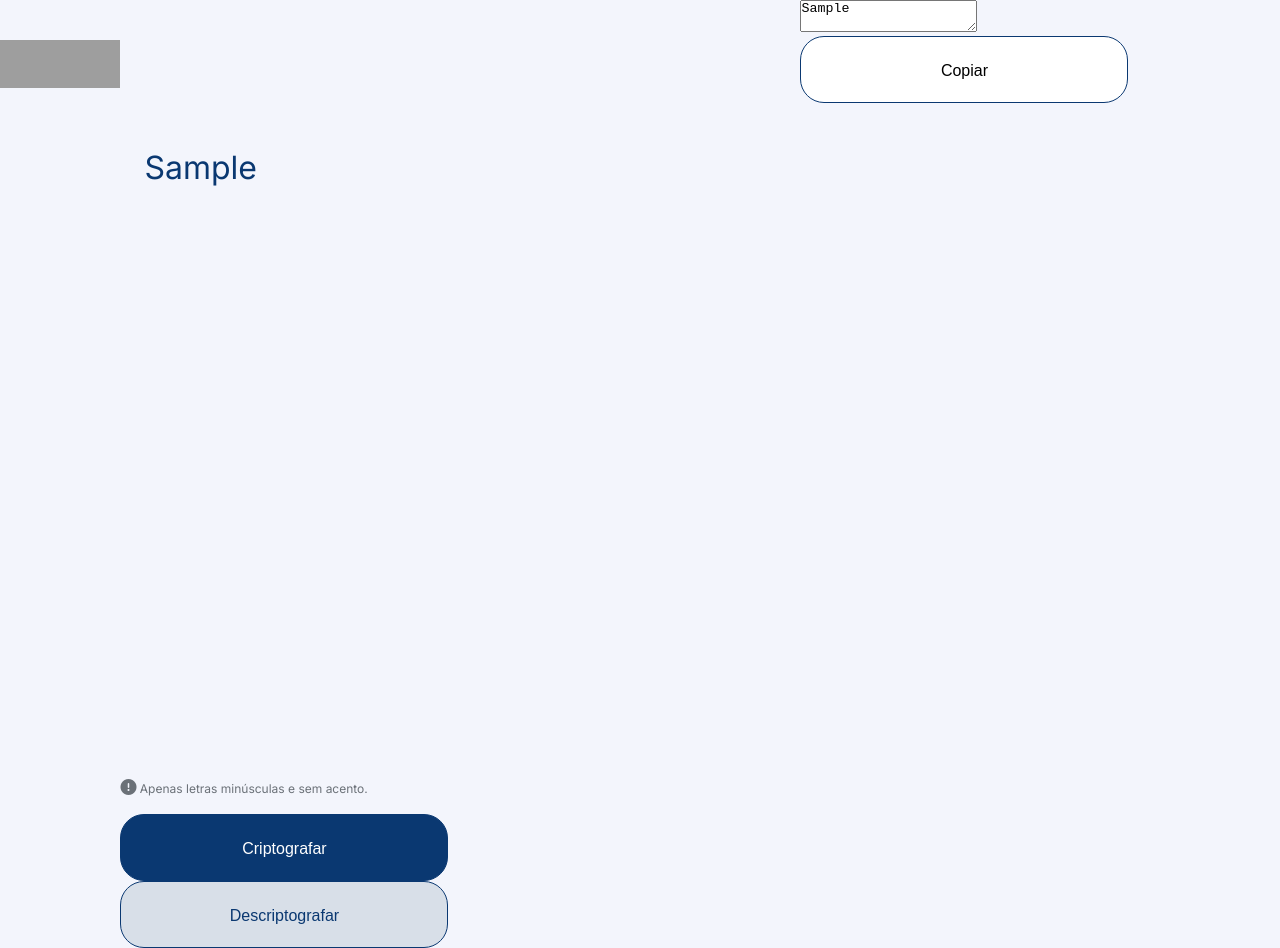
Repository: CarlosEduardoVdeOliveira/descodificador-de-texto
Page: index.html
An editor plug-in stored every save of this project. The page is shown before and after the next save, followed by the edit.
The browser window is 1280 px wide. The pictures show the whole page.
Empty fields were first filled with sample values (such as "Sample", 5 or name@example.com).
After loading, the first visible `button.button-cryptography` was clicked once.
Pictures or frames that could not be fetched are drawn as grey boxes.

Above is the page before, as saved 2023-04-13 07:44:31.

### index.html
<!DOCTYPE html>
<html lang="en">
<head>
   <meta charset="UTF-8">
   <link rel="preconnect" href="https://fonts.googleapis.com">
   <link rel="preconnect" href="https://fonts.gstatic.com" crossorigin>
   <meta http-equiv="X-UA-Compatible" content="IE=edge">
   <meta name="viewport" content="width=device-width, initial-scale=1.0">
   <link href="https://fonts.googleapis.com/css2?family=Inter:wght@400;700&display=swap" rel="stylesheet">
   <link rel="stylesheet" href="https://cdnjs.cloudflare.com/ajax/libs/font-awesome/6.4.0/css/all.min.css" integrity="sha512-iecdLmaskl7CVkqkXNQ/ZH/XLlvWZOJyj7Yy7tcenmpD1ypASozpmT/E0iPtmFIB46ZmdtAc9eNBvH0H/ZpiBw==" crossorigin="anonymous" referrerpolicy="no-referrer" />
   <link rel="stylesheet" href="/public/styles/reset.css">
   <link rel="stylesheet" href="/public/styles/index.css">
   <title>Decodificador</title>
</head>
<body>
   <main>
      <img src="/public/images/imageLogo.png"
         alt="letra a da logo da escola de programação Alura">
      <div class="frist-area">
         <textarea class="textarea-input" placeholder="Digite seu texto" autofocus></textarea>
         <span>
            <i class="fa-solid fa-circle-exclamation"></i>
            Apenas letras minúsculas e sem acento.
         </span>
         <div>
            <button class="button-cryptography">Criptografar</button>
            <button class="button-decryption">Descriptografar</button>
         </div>
      </div>
      <div class="text-cryption">
         <img src="/public/images/imageHighLight.svg" alt="">
         <div>
            <h2>Nenhuma mensagem encontrada</h2>
            <p>
               Digite um texto que você deseja criptografar ou descriptografar.
            </p>
         </div>
      </div>
   </main>
   <script src="/public/scripts/index.js"></script>
</body>
</html>

### public/styles/reset.css
:root{
   --light-gray: #D8DFE8;
   --gray-100: #CED4DA;
   --gray-200: #ADB5BD;
   --gray-300: #868E96;
   --gray-400: #495057;
   --gray-500: #343A40;
   --light-blue-100: #F3F5FC;
   --light-blue-200: #EFF1FA;
   --light-blue-300: #E9ECF8;
   --light-blue-400: #AAB2D5;
   --light-blue-500: #757FB2;
   --dark-blue-100: #609ED4;
   --dark-blue-200: #356EA9;
   --dark-blue-300: #0A3871;
   --dark-blue-400: #072B61;
   --dark-blue-500: #052051;
}
*{
   margin: 0;
   padding: 0;
   box-sizing: border-box;
}

html{
   font-family:  'Inter', sans-serif;
   font-size: 1rem;
}

### public/styles/index.css
/* header{
   width: 100%;
   height: 2.5rem;
} */
body{
   background-color: var(--light-blue-100);
}
img{
   width: 8rem;
   height: 3rem;
   margin-top: 2.5rem;
}
main {
   display: flex;
   justify-content: space-around;
   align-items: self-start;
   margin: 0 auto;
}
.frist-area{
   display: flex;
   flex-direction: column;
   margin-top: 7.5rem;
}
textarea.textarea-input{
   width: 42.5rem;
   height: 39.68rem;
   font-family: 'Inter';
   font-size: 32px;
   line-height: 150%;
   background-color: var(--light-blue-100);
   color: var(--dark-blue-300);
   border: none;
   resize: none;
   margin-bottom: 1.5rem;
   padding: 1.5rem;
}
textarea.textarea-input:focus{
   outline: 0;
}

textarea.textarea-input::placeholder{
   color: var(--dark-blue-300);
}

i{
   color: var(--gray-400);
   font-size: 1rem;
}
span{
   font-size: 12px;
   color: var(--gray-400);
   line-height: 150%;
   opacity: 0.8;
   margin-bottom: 1rem;
}
button{
   padding: 1.5rem;
   gap: .5rem;
   width: 328px;
   height: 67px;
   border-radius: 1.5rem;
   cursor: pointer;
   font-size: 1rem;
   line-height: 19px;
   border: 1px solid var(--dark-blue-300);
   transition: all .2s;
}
.button-cryptography{
   background-color: var(--dark-blue-300);
   color: white;
   margin-right: 1.5rem;
}
.button-cryptography:hover{
   background-color: var(--dark-blue-400);
}
.button-decryption{
   background: var(--light-gray);
   color: var(--dark-blue-300);
}
.button-decryption:hover{
   background-color: var(--light-blue-200);
}
.text-cryption{
   width: 25rem;
   margin: 2.5rem;
   padding: 15.188rem 2rem;
   text-align: center;
   background-color: white;
   /* shadow */
   box-shadow: 0px 24px 32px -8px rgba(0, 0, 0, 0.08);
   border-radius: 32px;
}
.text-cryption div{
   display: flex;
   flex-direction: column;

   margin-top: 2rem;
   padding: 0px;
   gap: 16px;
}
.text-cryption img{
   width: 21rem;
   height: 19rem;
}

.format-text-cryption{
   /* padding: 2rem;
   position: relative; */

}

.button-copy-cryption{
   background-color: white;
}
.button-copy-cryption:hover{
   background-color: var(--light-blue-200);
}

### public/scripts/index.js
const elementTextarea = document.querySelector("textarea.textarea-input");
const areaCryption = document.querySelector(".text-cryption");
const buttonCryptography = document.querySelector(".button-cryptography");
const buttonDecryption = document.querySelector(".button-decryption");


function alterTextCryptionArea(){
   areaCryption.classList.remove('text-cryption')
   areaCryption.innerHTML = `
      <textarea class="format-text-cryption" value="">${elementTextarea.value}</textarea>
      <button class="button-copy-cryption">Copiar</button>
   `;
}
/*
function copyText(){
   const text = document.querySelector("format-text-cryption")
   text.select();
   document.execCommand('copy');
} */
/* document.querySelector("button-copy-cryption").onclick = copyText */
buttonCryptography.onclick = alterTextCryptionArea
buttonDecryption.onclick = alterTextCryptionArea

After the next save:
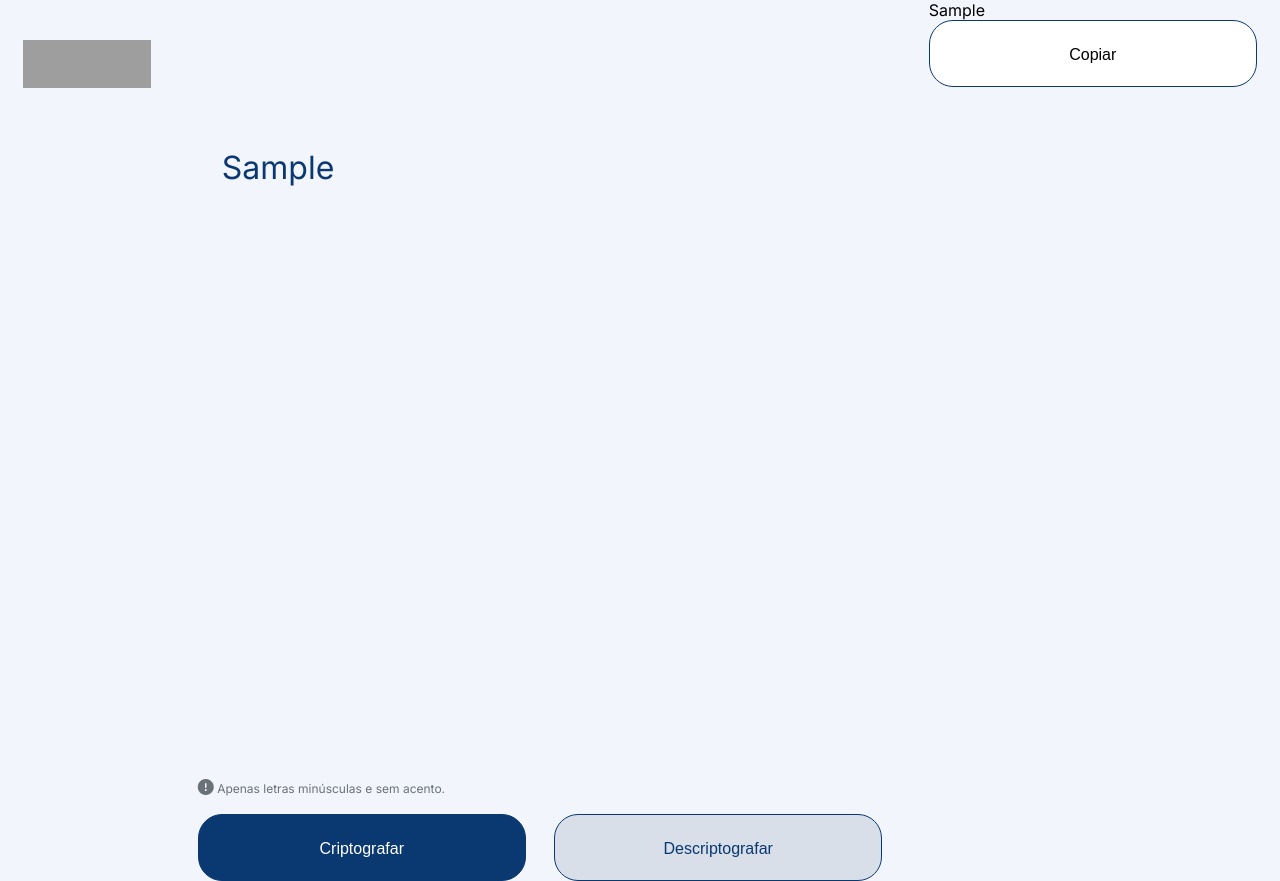
Saved 22 min 13 s later.
--- a/public/scripts/index.js
+++ b/public/scripts/index.js
@@ -7,7 +7,7 @@ const buttonDecryption = document.querySelector(".button-decryption");
 function alterTextCryptionArea(){
    areaCryption.classList.remove('text-cryption')
    areaCryption.innerHTML = `
-      <textarea class="format-text-cryption" value="">${elementTextarea.value}</textarea>
+      <p class="format-text-cryption" value="">${elementTextarea.value}</p>
       <button class="button-copy-cryption">Copiar</button>
    `;
 }
